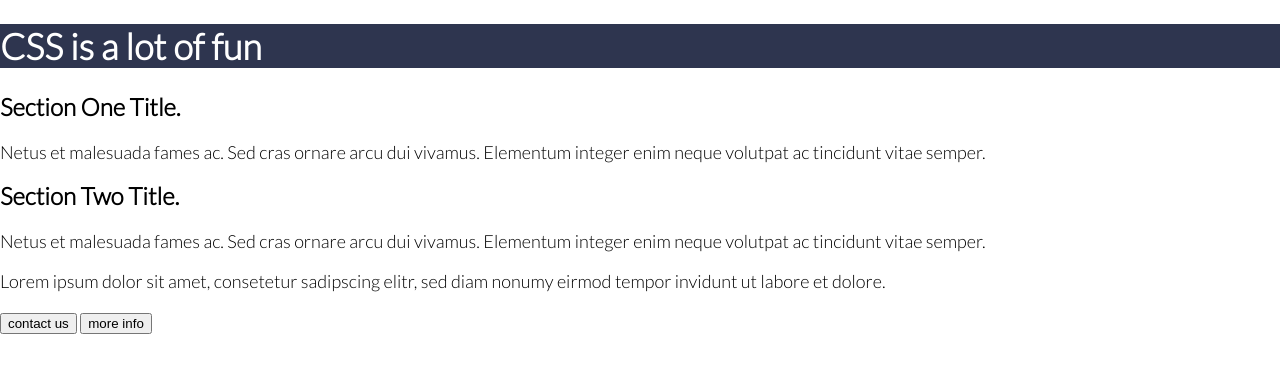
Repository: Doumham-Armah/sample-landing-page
Page: index.html
An editor plug-in stored every save of this project. The page is shown before and after the next save, followed by the edit.
The browser window is 1280 px wide. The pictures show the whole page.

Above is the page before, as saved 2021-08-16 12:31:50.

After the next save:
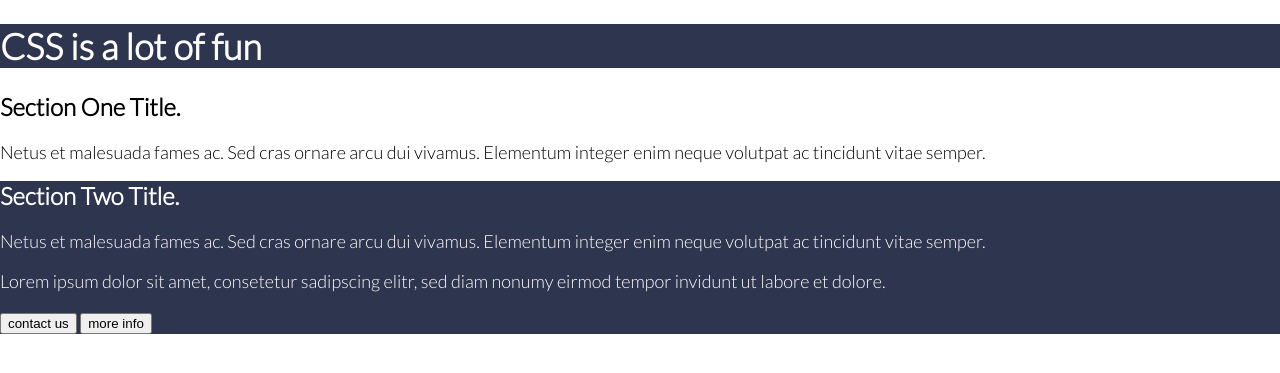
Saved 93 s later.
--- a/style.css
+++ b/style.css
@@ -3,7 +3,8 @@ body {
   font-family: "Lato", sans-serif;
   font-size: 18px;
 }
-header {
+header,
+.two {
   background-color: #2e354f;
   color: white;
 }
